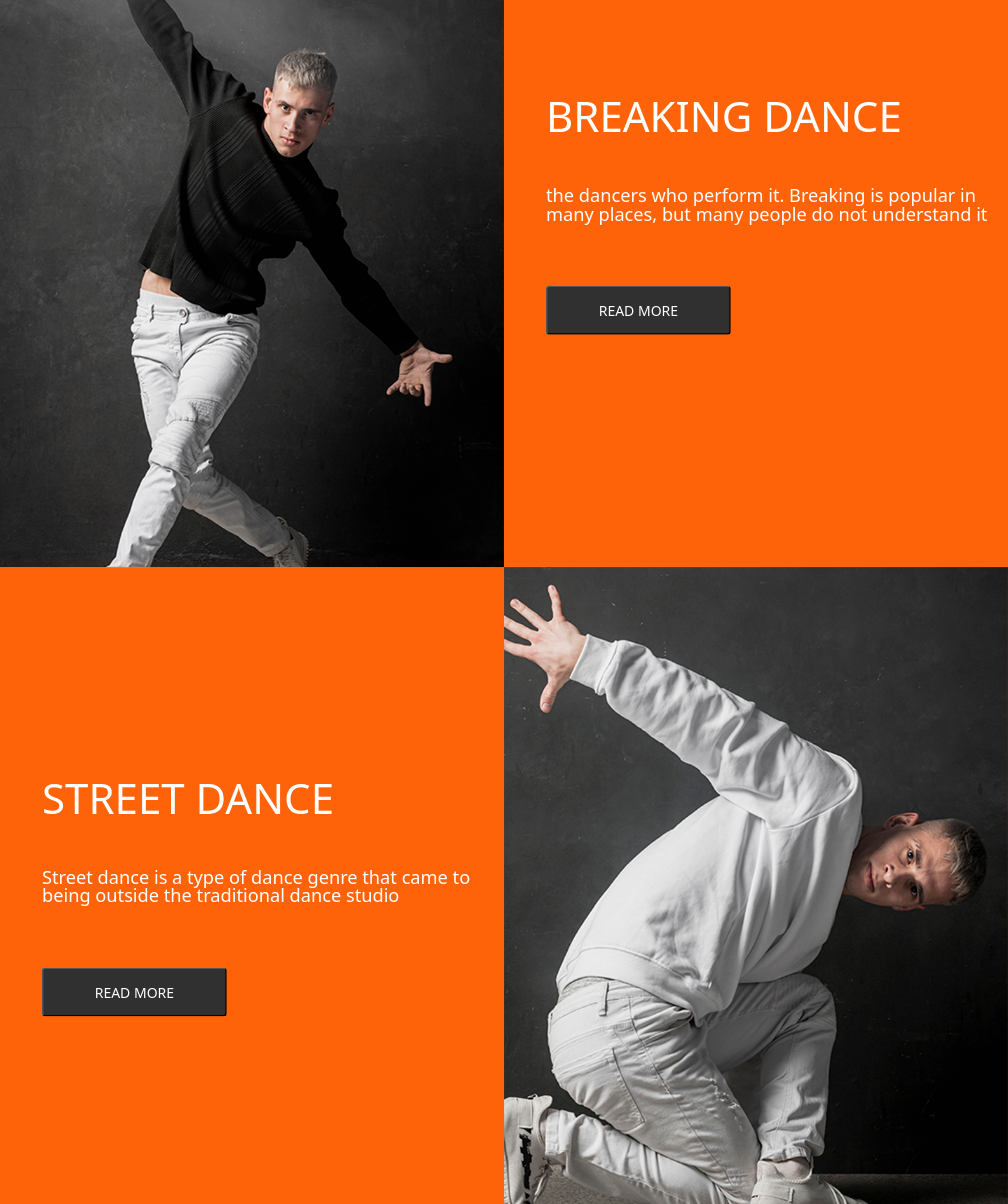
Repository: KinD2704/Web-University
Page: Bai30/index.html
These files come from the project's save history. The page is drawn as it stood at one moment and after the next save; the edit follows.
The browser window is 1280 px wide. The page is 1440 px wide, so the pictures cover 1440 px, including what lies to the right of the window. The pictures show the part of the page from y = 2873 to 4593 px (the page is 7257 px tall), at 70% of full size.

Above is the page before, as saved 2023-12-23 23:30:02.

### Bai30/index.html
<!DOCTYPE html>
<html lang="en">

<head>
    <meta charset="UTF-8" />
    <meta name="viewport" content="width=device-width, initial-scale=1.0" />
    <title>les 30 percent</title>
    <link rel="stylesheet" href="css/reset.css" />
    <link rel="stylesheet" href="css/global.css">
    <link rel="stylesheet" href="css/styles.css" />
</head>

<body>
    <!-- Header -->
    <header>
        <div class="container d-flex justify-space-around">
            <div>
                <img src="img/logo.png" alt="logo" class="logo1" />
            </div>
            <div>
                <ul>
                    <li><a href="#!" class="text-white transition-05">HOME</a></li>
                    <li><a href="#!" class="text-white transition-05">PRODUCT</a></li>
                    <li><a href="#!" class="text-white transition-05">FEEDBACK</a></li>
                    <li><a href="#!" class="text-white transition-05">ABOUT</a></li>
                    <li><a href="#!" class="text-white transition-05">CONTACT</a></li>
                </ul>
            </div>
            <div>
                <img src="img/search.png" alt="search" class="search" />
            </div>
        </div>
    </header>

    <div class="banner1">
        <div class="banner1__item">
            <div><p>Title Here</p></div>
            <div>Lorem ipsum dolor sit amet consectetur adipisicing elit. Vel, nam.</div>
            <div>
                <button class="buttonBtn">Click me</button>
            </div>
        </div>
    </div>
    <div class="banner2 h-974">
        <div class="banner2__container">
            <div class="banner2__text banner2__text1">
                <p class="text-white text-up">Dance Tour</p>
            </div>
            <div class="banner2__text banner2__text2">
                <p class="text-white">
                    Lorem ipsum dolor sit amet, consectetur adipiscing elit.
                    Vivamus lacinia odio vitae vestibulum vestibulum.
                </p>
            </div>
            <div class="banner2__item d-flex justify-space-evenly">
                <div class="banner2__item1">
                    <img src="img/item1.png" alt="" />
                    <p>AMERICA</p>
                    <p>
                        Lorem ipsum dolor sit amet, consectetur adipiscing
                        elit.
                    </p>
                </div>
                <div class="banner2__item1">
                    <img src="img/item2.png" alt="" />
                    <p>ASIA</p>
                    <p>
                        Lorem ipsum dolor sit amet, consectetur adipiscing
                        elit.
                    </p>
                </div>
                <div class="banner2__item1">
                    <img src="img/item3.png" alt="" />
                    <p>AUSTRALIA</p>
                    <p>
                        Lorem ipsum dolor sit amet, consectetur adipiscing
                        elit.
                    </p>
                </div>
            </div>
        </div>
    </div>
    <div class="banner3">
        <div class="banner2__container">
            <div class="banner2__text banner2__text1">
                <p class="text-white text-up">PRICING</p>
            </div>
            <div class="banner2__text banner2__text2">
                <p class="text-white">
                    The Latest Dance Industry Statistics Unveiled
                </p>
            </div>
            <div class="banner2__item d-flex justify-space-evenly">
                <div class="banner3__item1">
                    <div class="imgBasic"><img src="img/basic.png" alt=""></div>
                    <p>basic</p>
                    <p>Lorem ipsum dolor sit amet, consectetur adipiscing elit</p>
                    <div class="bannerBtn"><button>$150.00</button></div>
                </div>
                <div class="banner3__item1">
                    <div class="imgBasic"><img src="img/basic.png" alt="" /></div>
                    <p>Professional</p>
                    <p>Lorem ipsum dolor sit amet, consectetur adipiscing elit</p>
                    <div class="bannerBtn"><button>$200.00</button></div>
                </div>
                <div class="banner3__item1">
                    <div class="imgBasic"><img src="img/basic.png" alt="" /></div>
                    <p>Ultimate</p>
                    <p>Lorem ipsum dolor sit amet, consectetur adipiscing elit</p>
                    <div class="bannerBtn"><button>$250.00</button></div>
                </div>
            </div>
        </div>
        <div class="banner4 h-974">
            <div class="banner4__container d-flex">
                <div class="banner4__item1">
                    <img src="img/anh-banner4.png" alt="" class="h-974">
                </div>
                <div class="banner4__item2">
                    <p class="p1">BREAKING DANCE</p>
                    <p class="p2">the dancers who perform it. Breaking is popular in many places, but many people do not
                        understand it </p>
                    <div class="bannerBtn"><button class="banner5-Btn">READ MORE</button></div>
                </div>

            </div>
        </div>
        <div class="banner5 h-974">
            <div class="banner5__container d-flex">
                <div class="banner5__item1">
                    <p class="p1">STREET DANCE</p>
                    <p class="p2">Street dance is a type of dance genre that came to being outside the traditional dance
                        studio</p>
                    <div class="bannerBtn"><button class="banner5-Btn">READ MORE</button></div>
                </div>
                <div class="banner5__item2">
                    <img src="img/anh-banner5.png" alt="" class="h-974">
                </div>
            </div>
        </div>
        <div class="banner6 h-974">
            <div class="banner2__container">
                <div class="banner2__text banner2__text1">
                    <p class="text-up text-white">Our Statistics</p>
                </div>
                <div class="banner2__text banner2__text2">
                    <p class="text-white">
                        The survey was conducted from November 2022 to January
                        2023, for the reporting period of 2022.
                    </p>
                </div>
                <div class="banner6__item d-flex justify-space-evenly">
                    <div class="banner6__item1">
                        <p class="text-white">1240+</p>
                        <p class="text-white">Club</p>
                    </div>
                    <div class="banner6__item1">
                        <p class="text-white">2000+</p>
                        <p class="text-white">Active member</p>
                    </div>
                    <div class="banner6__item1">
                        <p class="text-white">1000+</p>
                        <p class="text-white">Community</p>
                    </div>
                </div>
            </div>
            <div class="banner7 h-974">
                <div></div>
            </div>
            <div class="banner8">
                <div class="banner2__container">
                    <div class="banner2__text banner2__text1">
                        <p class="text-up text-white">Subscribe</p>
                    </div>
                    <div class="banner2__text banner2__text2">
                        <p class="text-white">
                            The survey was conducted from November 2022 to January
                            2023, for the reporting period of 2022.
                        </p>
                    </div>
                    <div class="contact-email d-flex">
                        <input type="text" placeholder="Your Email" class="yourEmail">
                        <button class="subscribe text-white transition-05">SUBSCRIBE</button>
                    </div>
                </div>
            </div>
            <div class="banner9"></div>

            <!-- Footer -->
            <footer></footer>
</body>

</html>

### Bai30/css/reset.css
article,
aside,
details,
figcaption,
figure,
footer,
header,
hgroup,
menu,
nav,
section {
    display: block;
}
body {
    line-height: 1;
}
ol,
ul {
    list-style: none;
}
blockquote,
q {
    quotes: none;
}
blockquote:before,
blockquote:after,
q:before,
q:after {
    content: "";
    content: none;
}
table {
    border-collapse: collapse;
    border-spacing: 0;
}

### Bai30/css/global.css
.h-974 {
    height: 974px;
}
.text-up {
    text-transform: uppercase;
}
.d-flex {
    display: flex;
}
.text-white {
    color: #ffffff;
}
.justify-space-evenly {
    justify-content: space-evenly;
}
.justify-space-around {
    justify-content: space-around;
}
.transition-05 {
    transition: 0.5s;
}

### Bai30/css/styles.css
* {
    margin: 0;
    padding: 0;
    font-family: system-ui, -apple-system, BlinkMacSystemFont, "Segoe UI",
        Roboto, Oxygen, Ubuntu, Cantarell, "Open Sans", "Helvetica Neue",
        sans-serif;
    box-sizing: border-box;
}
body {
    width: 1440px;
    margin: 0 auto;
}
/* Header */
header {
    position: fixed;
    width: 1440px;
    height: 103px;
    background-color: #303030;
    z-index: 100;
}
.container {
    line-height: 103px;
}
.container .search {
    font-size: 28px;
    margin-top: 40px;
}
.container .logo1 {
    margin-top: 20px;
}
header ul li {
    display: inline-block;
}
header ul li a {
    text-decoration: none;
    font-size: 20px;
    margin: 0 20px;
}
header ul li:hover a {
    color: orange;
}
/* banner 1 */
.banner1 {
    background-image: url("../img/banner1.png");
    height: 796px;
    background-repeat: no-repeat;
    background-size: cover;
    position: relative;
}
.banner1__item {
    position: absolute;
    bottom: 80px;
    left: 80px;
}
/* banner 2 */
.banner2 {
    background-image: url("../img/banner2.png");
}
.banner2__container {
    padding: 100px 0;
}
.banner2__text1 p {
    font-size: 60px;
    text-align: center;
}
.banner2__text2 p {
    font-size: 26px;
    text-align: center;
    width: 892px;
    margin: 0 auto;
    margin-top: 70px;
    margin-bottom: 90px;
}
/* item */
.banner2__item1 {
    background-image: url("/img/background-item.png");
    width: 372px;
    height: 493px;
}

.banner2__item1 p {
    color: #ffffff;
    width: 372px;
}
.banner2__item1 p:first-of-type {
    display: block;
    font-size: 30px;
    text-align: center;
    margin-top: 45px;
}
.banner2__item1 p:last-of-type {
    display: block;
    font-size: 18px;
    text-align: center;
    margin-bottom: 40px;
    margin-top: 20px;
}

/* banner3 */
.banner3 {
    background-image: url("../img/banner3.png");
    height: 974px;
}
.banner3__item1 {
    color: white;
    background-image: url("../img/background-item-1.png");
    width: 372px;
    height: 493px;
}
.banner3__item1 .imgBasic {
    width: 372px;
    text-align: center;
    margin: 60px auto;
}
.banner3__item1 p:first-of-type {
    display: block;
    font-size: 30px;
    text-align: center;
    text-transform: uppercase;
    margin-bottom: 30px;
}
.banner3__item1 p:last-of-type {
    display: block;
    font-size: 18px;
    text-align: center;
    margin-bottom: 30px;
}
.banner3__item1 .bannerBtn {
    margin: 0 auto;
    width: 372px;
    text-align: center;
}
.banner3__item1 button,
.banner5-Btn {
    height: 70px;
    width: 80%;
    text-align: center;
    color: white;
    background-color: #303030;
    border-radius: 5px;
    font-size: 20px;
    transition: 0.5s;
}
.bannerBtn:hover button,
.bannerBtn:hover .banner5-Btn {
    background-color: gold;
    cursor: pointer;
    color: sienna;
}
/* Banner 4 */
.banner4 {
    background-image: url("../img/banner4.png");
}
.banner4__item1,
.banner4__item2,
.banner5__item1,
.banner5__item2 {
    flex-basis: 50%;
}
.banner4__item1 img,
.banner5__item2 img {
    width: 100%;
    object-fit: cover;
}
.banner4__item2,
.banner5__item1 {
    color: white;
    padding-left: 60px;
}
/* Banner 5 */
.banner5 {
    background-image: url("../img/banner5.png");
}
.banner5-Btn {
    width: 40%;
    margin-bottom: 270px;
}
.p1 {
    font-size: 60px;
    text-transform: uppercase;
    margin-top: 300px;
}
.p2 {
    font-size: 26px;
    margin: 0 auto;
    margin-top: 70px;
    margin-bottom: 90px;
}
/* banner 6 */
.banner6 {
    background-image: url("../img/banner6.png");
}
.banner6__item p:first-of-type {
    font-size: 50px;
    text-align: center;
    margin-bottom: 20px;
}
.banner6__item p:last-of-type {
    font-size: 35px;
    text-align: center;
}
/* Banner 7 */
.banner7 {
    background-image: url("../img/banner7-1.png");
}
/* Banner 8 */
.banner8 {
    background-image: url("../img/banner8.png");
    height: 579px;
}
.contact-email {
    width: 770px;
    height: 70px;
    margin: 0 auto;
}
.yourEmail {
    flex-basis: 70%;
}
.subscribe {
    flex-basis: 30%;
    background-color: #303030;
}
.subscribe:hover {
    background-color: gold;
    cursor: pointer;
    color: sienna;
}
/* Banner 9 */
.banner9 {
    background-image: url("../img/banner9.png");
    height: 470px;
}

After the next save:
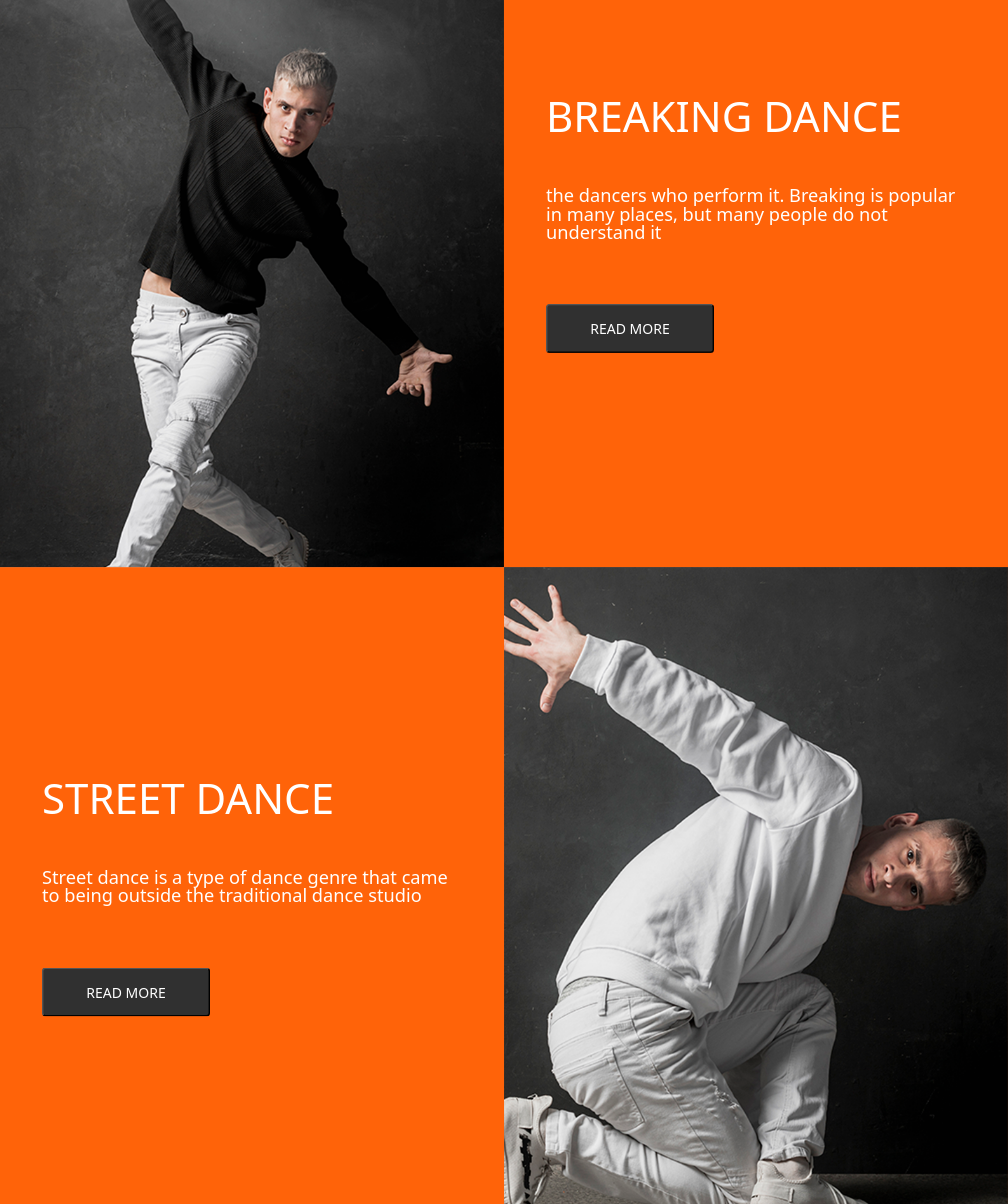
Saved 38 s later.
--- a/Bai30/css/styles.css
+++ b/Bai30/css/styles.css
@@ -166,6 +166,7 @@ header ul li:hover a {
 .banner5__item1 {
     color: white;
     padding-left: 60px;
+    padding-right: 60px;
 }
 /* Banner 5 */
 .banner5 {
